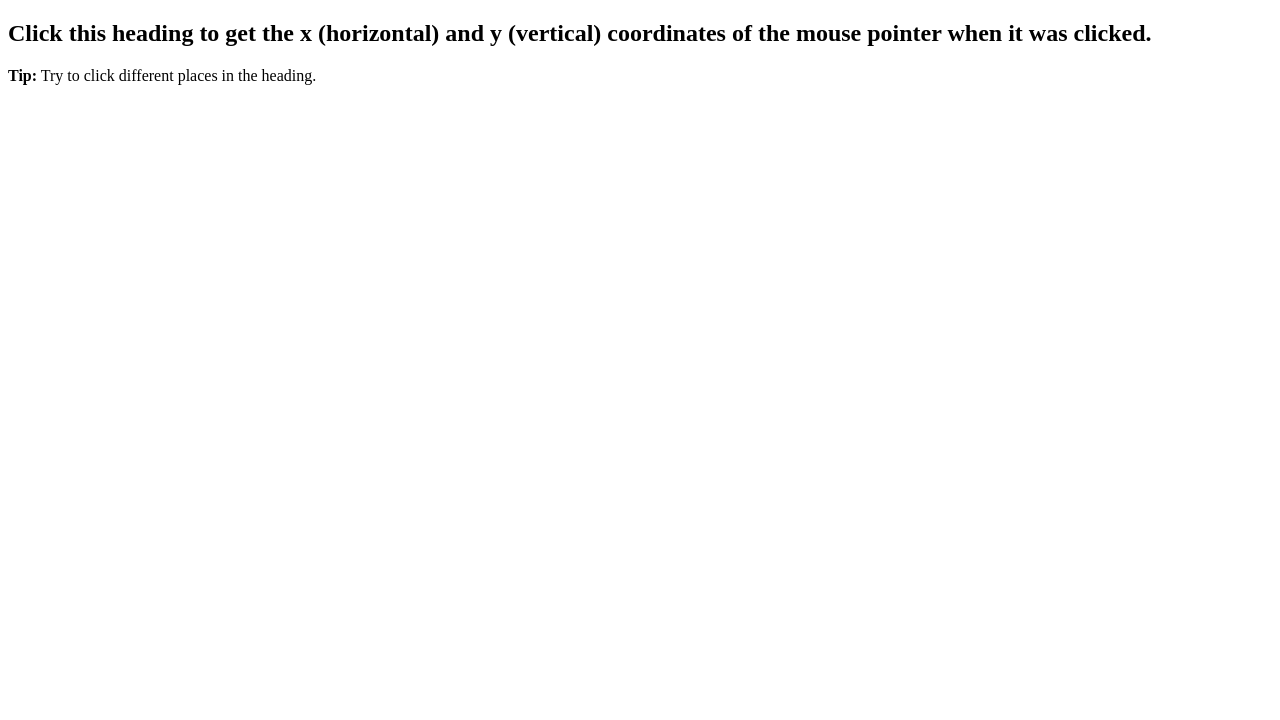
Repository: manojsatya/Web_development
Page: PotHitting_game/index.html
These files come from the project's save history. The page is drawn as it stood at one moment and after the next save; the edit follows.
The browser window is 1280 px wide. The pictures show the whole page.

Above is the page before, as saved 2019-06-03 10:24:21.
Console error: TypeError: Cannot read properties of undefined (reading 'clientX')

### PotHitting_game/index.html
<!DOCTYPE html>
<html lang="en">
<head>
    <meta charset="UTF-8">
    <meta name="viewport" content="width=device-width, initial-scale=1.0">
    <meta http-equiv="X-UA-Compatible" content="ie=edge">
    <title>Pot Hitting Game</title>

    <link rel="stylesheet" href="potplay.css">
</head>
<body>

    <!-- <h1 class="head">Pot Hitting Game</h1>
    <h2> Number of clicks: <span id="clicks">0</span></h2>
    <h3>Distance to the target: <span>0</span></h3>
    <div class="playarea">  </div>
    <div class="target"></div> -->

    <h2 onclick="showCoords(event)">Click this heading to get the x (horizontal) and y (vertical) coordinates of the mouse pointer when it was clicked.</h2>

    <p><strong>Tip:</strong> Try to click different places in the heading.</p>

    <p id="demo"></p>

    <script src="potplay.js"></script>


</body>
</html>

### PotHitting_game/potplay.css
.playarea{
    position: absolute;
    width: 500px;
    height: 600px;
    background-color: aqua;
    text-align: center;
    margin: 0 auto;
}


/* .head{
    text-align: center;
} */

.target{
    position: relative;
    width: 20px;
    height: 20px;
    background-color:red;
    top: 300px;
    left: 250px;

}

### PotHitting_game/potplay.js
var playarea = document.querySelector(".playarea");
var targetarea = document.querySelector(".target");
var clicktext = document.getElementById("clicks");
var x = event.clientX;     // Get the horizontal coordinate
var y = event.clientY;     // Get the vertical coordinate


var clickCount = 0;

playarea.addEventListener("click", function(){
    clickCount++ ;
    clicktext.textContent = clickCount;
    var coor = "X coords: " + x + ", Y coords: " + y;
    console.log(coor);
});

targetarea.addEventListener("click", function(){
    alert("Clicked the target area");
});

function showCoords(event) {
    var x = event.clientX;
    var y = event.clientY;
    var coords = "X coords: " + x + ", Y coords: " + y;
    document.getElementById("demo").innerHTML = coords;
  }

After the next save:
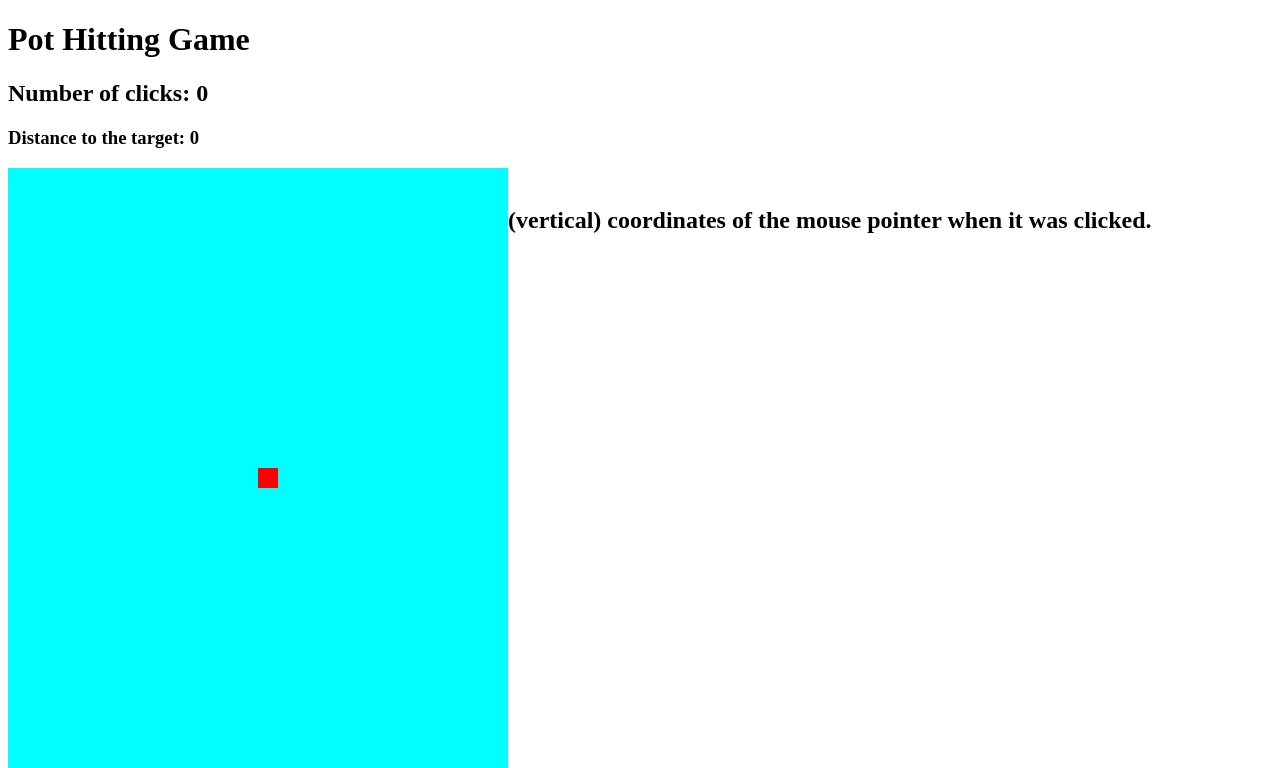
Saved 30 s later.
--- a/PotHitting_game/index.html
+++ b/PotHitting_game/index.html
@@ -10,11 +10,11 @@
 </head>
 <body>
 
-    <!-- <h1 class="head">Pot Hitting Game</h1>
+    <h1 class="head">Pot Hitting Game</h1>
     <h2> Number of clicks: <span id="clicks">0</span></h2>
     <h3>Distance to the target: <span>0</span></h3>
     <div class="playarea">  </div>
-    <div class="target"></div> -->
+    <div class="target"></div>
 
     <h2 onclick="showCoords(event)">Click this heading to get the x (horizontal) and y (vertical) coordinates of the mouse pointer when it was clicked.</h2>
 
